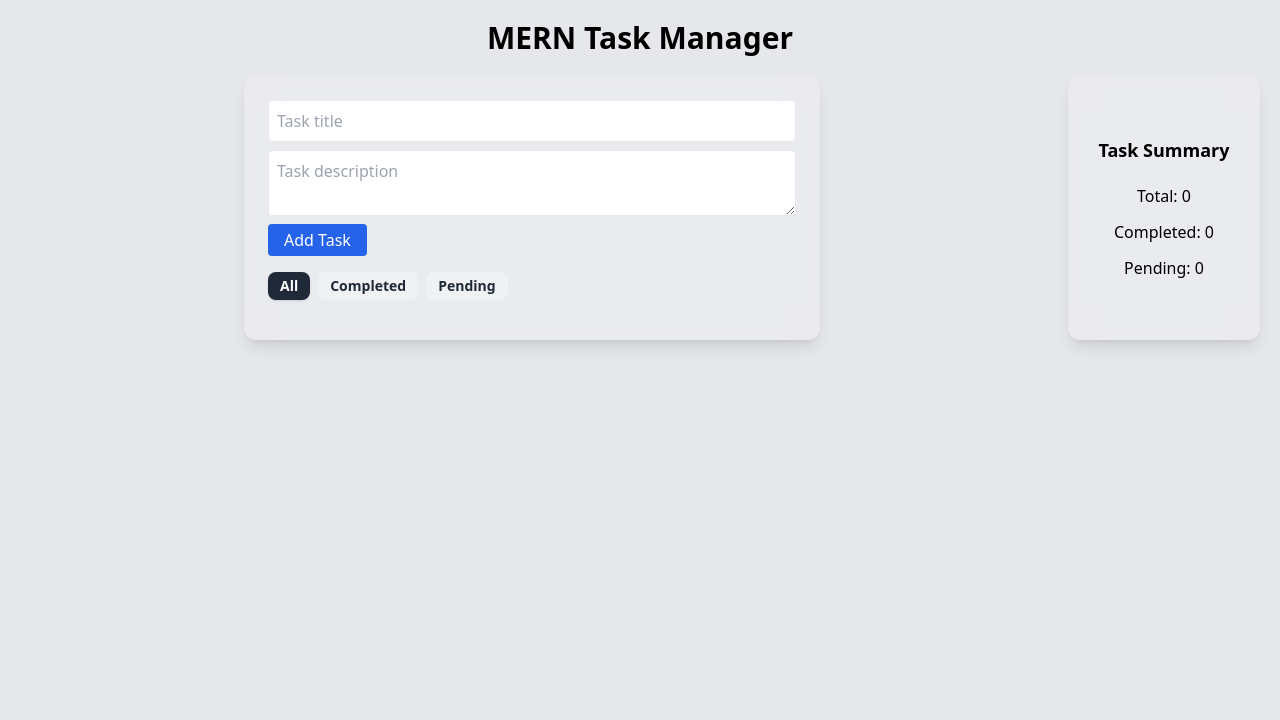
Repository: Meenakshi-commits/mern-task-manager
Page: / (app in client/)
These files come from the project's save history. The page is drawn as it stood at one moment and after the next save; the edit follows.
The browser window is 1280 px wide. The pictures show the whole page.
The page's requests for data from a server got no answer. The project was rebuilt for these pictures with package versions that can differ from the ones it lists, and the page was loaded fresh each time. No one was signed in, and anything a server would have sent is missing. Also part of the build but not shown: client/vite.config.js, client/src/components/TaskItem.jsx, client/src/taskAnimations.css.

Above is the page before, as saved 2026-01-08 12:57:04.

### client/src/App.jsx
import { useEffect, useState } from "react";
import api from "./services/api";
import TaskList from "./components/TaskList";

export default function App() {
  const [tasks, setTasks] = useState([]);
  const [title, setTitle] = useState("");
  const [description, setDescription] = useState("");
  const [filter, setFilter] = useState("all");

  const fetchTasks = async () => {
    const res = await api.get("/tasks");
    setTasks(res.data);
  };

  const addTask = async () => {
    if (!title.trim()) return;
    await api.post("/tasks", { title, description, completed: false });
    setTitle("");
    setDescription("");
    fetchTasks();
  };

  useEffect(() => {
    fetchTasks();
  }, []);

  const filteredTasks = tasks.filter((task) => {
    const isCompleted = Boolean(task.completed);
    if (filter === "completed") return isCompleted;
    if (filter === "pending") return !isCompleted;
    return true;
  });

  const total = tasks.length;
  const completedCount = tasks.filter((t) => t.completed).length;
  const pendingCount = total - completedCount;

  return (
    <div className="min-h-screen bg-gray-200 p-5 font-sans">
      <h1 className="text-3xl font-bold text-center mb-5">MERN Task Manager</h1>
      <div className="flex flex-col md:flex-row gap-6">
        {/* Left Box: Tasks */}
        <div className="flex-1 max-w-xl mx-auto bg-gray-100/30 backdrop-blur-lg p-6 rounded-xl shadow-lg">
          {/* Add Task */}
          <div className="flex flex-col gap-2 mb-4">
            <input
              type="text"
              placeholder="Task title"
              value={title}
              onChange={(e) => setTitle(e.target.value)}
              className="p-2 rounded border"
            />
            <textarea
              placeholder="Task description"
              value={description}
              onChange={(e) => setDescription(e.target.value)}
              className="p-2 rounded border"
            />
            <button
              onClick={addTask}
              className="self-start bg-blue-600 text-white px-4 py-1 rounded hover:bg-blue-700 transition"
            >
              Add Task
            </button>
          </div>

          {/* Filter Buttons */}
          <div className="flex gap-2 mb-4">
            {["all", "completed", "pending"].map((f) => (
              <button
                key={f}
                onClick={() => setFilter(f)}
                className={`px-3 py-1 rounded-lg text-sm font-semibold ${
                  filter === f
                    ? "bg-gray-800 text-white shadow"
                    : "bg-white/30 text-gray-800 hover:bg-white/50"
                }`}
              >
                {f.charAt(0).toUpperCase() + f.slice(1)}
              </button>
            ))}
          </div>

          {/* Task List */}
          <TaskList tasks={filteredTasks} fetchTasks={fetchTasks} />
        </div>

        {/* Right Box: Summary */}
        <div className="w-48 bg-gray-100/30 backdrop-blur-lg p-4 rounded-xl shadow-lg flex flex-col justify-center items-center gap-3">
          <h2 className="text-lg font-bold mb-2">Task Summary</h2>
          <p>Total: {total}</p>
          <p>Completed: {completedCount}</p>
          <p>Pending: {pendingCount}</p>
        </div>
      </div>
    </div>
  );
}

### client/src/components/TaskList.jsx
// src/components/TaskList.jsx
import React, { useRef } from "react";
import TaskItem from "./TaskItem";
import { CSSTransition, TransitionGroup } from "react-transition-group";
import "../taskAnimations.css"; // make sure this exists

export default function TaskList({ tasks, onDelete, onToggleCompleted }) {
  return (
    <TransitionGroup className="space-y-3">
      {tasks.map((task) => {
        const nodeRef = useRef(null); // React 18-compatible
        return (
          <CSSTransition
            key={task._id}
            timeout={300}
            classNames="fade"
            nodeRef={nodeRef}
          >
            <div ref={nodeRef}>
              <TaskItem
                task={task}
                onDelete={onDelete}
                onToggleCompleted={onToggleCompleted}
              />
            </div>
          </CSSTransition>
        );
      })}
    </TransitionGroup>
  );
}

Loaded but not shown: client/index.html (common file); client/src/main.jsx (common file); client/src/index.css (common file); client/src/services/api.js (common file); client/tailwind.config.js (common file)

After the next save:
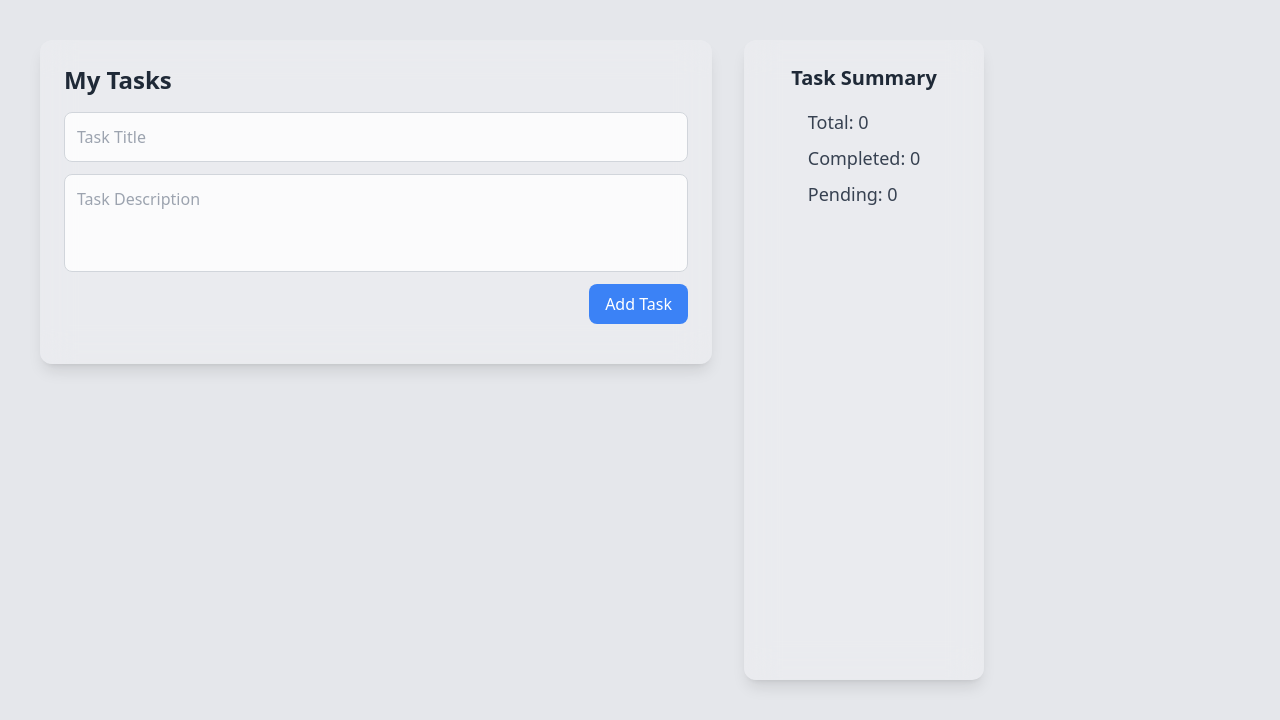
Saved 3 min 33 s later.
--- a/client/src/App.jsx
+++ b/client/src/App.jsx
@@ -1,97 +1,111 @@
-import { useEffect, useState } from "react";
-import api from "./services/api";
+// src/App.jsx
+import React, { useState, useEffect } from "react";
+import axios from "./services/api"; // your axios instance
 import TaskList from "./components/TaskList";
 
 export default function App() {
   const [tasks, setTasks] = useState([]);
   const [title, setTitle] = useState("");
   const [description, setDescription] = useState("");
-  const [filter, setFilter] = useState("all");
 
+  // Fetch tasks from backend
   const fetchTasks = async () => {
-    const res = await api.get("/tasks");
-    setTasks(res.data);
-  };
-
-  const addTask = async () => {
-    if (!title.trim()) return;
-    await api.post("/tasks", { title, description, completed: false });
-    setTitle("");
-    setDescription("");
-    fetchTasks();
+    try {
+      const { data } = await axios.get("/tasks");
+      setTasks(data);
+    } catch (error) {
+      console.error(error);
+    }
   };
 
   useEffect(() => {
     fetchTasks();
   }, []);
 
-  const filteredTasks = tasks.filter((task) => {
-    const isCompleted = Boolean(task.completed);
-    if (filter === "completed") return isCompleted;
-    if (filter === "pending") return !isCompleted;
-    return true;
-  });
+  // Add task
+  const addTask = async () => {
+    if (!title.trim()) return;
+    try {
+      await axios.post("/tasks", { title, description });
+      setTitle("");
+      setDescription("");
+      fetchTasks();
+    } catch (error) {
+      console.error(error);
+    }
+  };
 
+  // Delete task
+  const deleteTask = async (id) => {
+    try {
+      await axios.delete(`/tasks/${id}`);
+      fetchTasks();
+    } catch (error) {
+      console.error(error);
+    }
+  };
+
+  // Toggle completed
+  const toggleCompleted = async (id) => {
+    const task = tasks.find((t) => t._id === id);
+    try {
+      await axios.put(`/tasks/${id}`, { completed: !task.completed });
+      fetchTasks();
+    } catch (error) {
+      console.error(error);
+    }
+  };
+
+  // Task summary
   const total = tasks.length;
-  const completedCount = tasks.filter((t) => t.completed).length;
-  const pendingCount = total - completedCount;
+  const completed = tasks.filter((t) => t.completed).length;
+  const pending = total - completed;
 
   return (
-    <div className="min-h-screen bg-gray-200 p-5 font-sans">
-      <h1 className="text-3xl font-bold text-center mb-5">MERN Task Manager</h1>
-      <div className="flex flex-col md:flex-row gap-6">
-        {/* Left Box: Tasks */}
-        <div className="flex-1 max-w-xl mx-auto bg-gray-100/30 backdrop-blur-lg p-6 rounded-xl shadow-lg">
-          {/* Add Task */}
-          <div className="flex flex-col gap-2 mb-4">
+    <div className="min-h-screen bg-gray-200 flex p-10 gap-8">
+      {/* Left - Task Box */}
+      <div className="flex-1 max-w-2xl space-y-6">
+        <div className="bg-white/20 backdrop-blur-lg p-6 rounded-xl shadow-lg">
+          <h1 className="text-2xl font-bold mb-4 text-gray-800">My Tasks</h1>
+          <div className="flex flex-col space-y-3 mb-4">
             <input
               type="text"
-              placeholder="Task title"
+              placeholder="Task Title"
               value={title}
               onChange={(e) => setTitle(e.target.value)}
-              className="p-2 rounded border"
+              className="p-3 rounded-lg border border-gray-300 focus:outline-none focus:ring-2 focus:ring-blue-400 bg-white/80"
             />
             <textarea
-              placeholder="Task description"
+              placeholder="Task Description"
               value={description}
               onChange={(e) => setDescription(e.target.value)}
-              className="p-2 rounded border"
+              className="p-3 rounded-lg border border-gray-300 focus:outline-none focus:ring-2 focus:ring-blue-400 bg-white/80 resize-none"
+              rows={3}
             />
             <button
               onClick={addTask}
-              className="self-start bg-blue-600 text-white px-4 py-1 rounded hover:bg-blue-700 transition"
+              className="self-end px-4 py-2 bg-blue-500 text-white rounded-lg hover:bg-blue-600 transition-all"
             >
               Add Task
             </button>
           </div>
 
-          {/* Filter Buttons */}
-          <div className="flex gap-2 mb-4">
-            {["all", "completed", "pending"].map((f) => (
-              <button
-                key={f}
-                onClick={() => setFilter(f)}
-                className={`px-3 py-1 rounded-lg text-sm font-semibold ${
-                  filter === f
-                    ? "bg-gray-800 text-white shadow"
-                    : "bg-white/30 text-gray-800 hover:bg-white/50"
-                }`}
-              >
-                {f.charAt(0).toUpperCase() + f.slice(1)}
-              </button>
-            ))}
-          </div>
+          {/* Task List */}
+          <TaskList
+            tasks={tasks}
+            onDelete={deleteTask}
+            onToggleCompleted={toggleCompleted}
+          />
+        </div>
+      </div>
 
-          {/* Task List */}
-          <TaskList tasks={filteredTasks} fetchTasks={fetchTasks} />
-        </div>
-
-        {/* Right Box: Summary */}
-        <div className="w-48 bg-gray-100/30 backdrop-blur-lg p-4 rounded-xl shadow-lg flex flex-col justify-center items-center gap-3">
-          <h2 className="text-lg font-bold mb-2">Task Summary</h2>
-          <p>Total: {total}</p>
-          <p>Completed: {completedCount}</p>
-          <p>Pending: {pendingCount}</p>
+      {/* Right - Summary Box */}
+      <div className="w-60 flex flex-col justify-start items-center bg-white/20 backdrop-blur-lg p-6 rounded-xl shadow-lg space-y-4">
+        <h2 className="text-xl font-bold text-gray-800">Task Summary</h2>
+        <div className="flex flex-col space-y-2 text-gray-700 font-medium text-lg">
+          <div>Total: {total}</div>
+          <div>Completed: {completed}</div>
+          <div>Pending: {pending}</div>
         </div>
       </div>
     </div>
